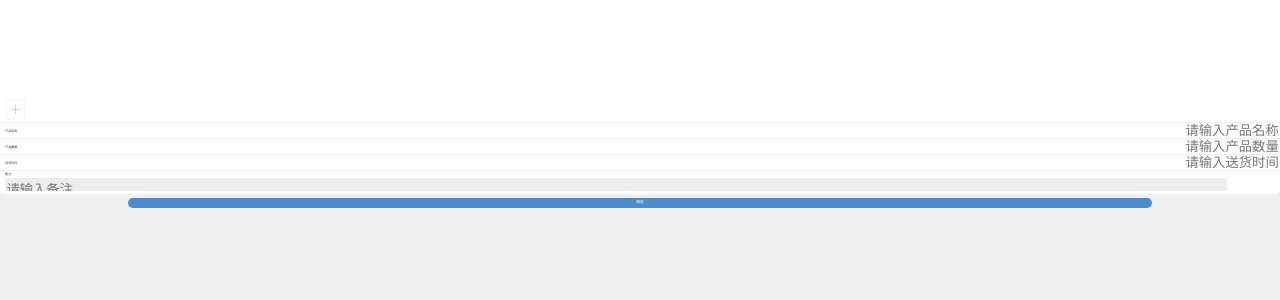
Repository: missing-star/produce
Page: Cbuyer.html
These files come from the project's save history. The page is drawn as it stood at one moment and after the next save; the edit follows.
The browser window is 1280 px wide. The pictures show the whole page.

Above is the page before, as saved 2019-05-20 15:21:49.

After the next save:
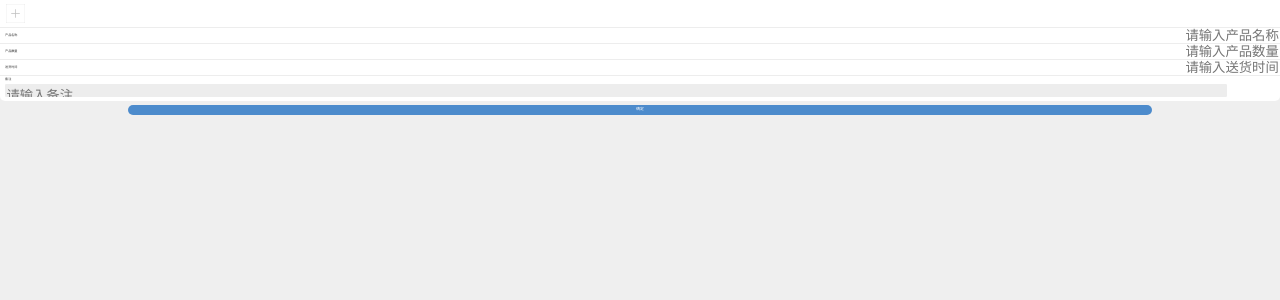
Saved 30 s later.
--- a/Cbuyer.html
+++ b/Cbuyer.html
@@ -6,10 +6,10 @@
     <meta content="width=device-width, initial-scale=1.0, maximum-scale=1.0, user-scalable=0;" name="viewport" />
     <meta http-equiv="X-UA-Compatible" content="ie=edge">
     <title>采购订单</title>
+    <link rel="stylesheet" href="css/Cbuyer.css">
+    <link rel="stylesheet" href="css/base.css">
     <link rel="stylesheet" href="css/weui.min.css">
     <link rel="stylesheet" href="css/jquery-weui.min.css">
-    <link rel="stylesheet" href="css/Cbuyer.css">
-    <link rel="stylesheet" href="css/base.css">
 </head>
 
 <body>

After the save that followed:
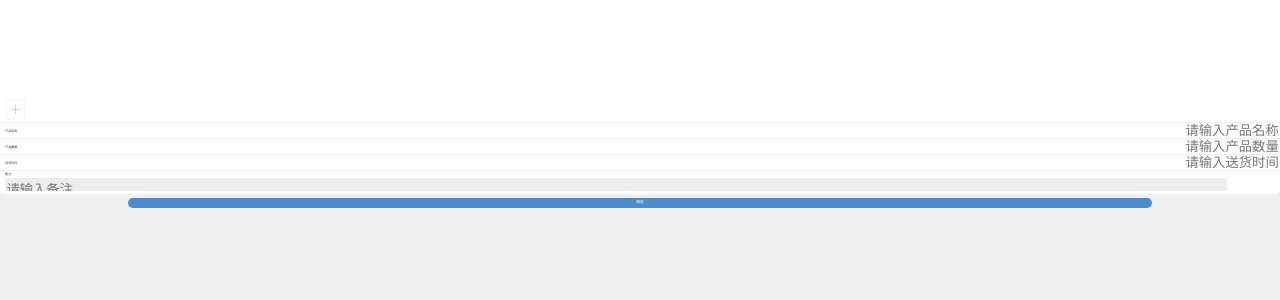
Saved 22 s later.
--- a/Cbuyer.html
+++ b/Cbuyer.html
@@ -6,10 +6,10 @@
     <meta content="width=device-width, initial-scale=1.0, maximum-scale=1.0, user-scalable=0;" name="viewport" />
     <meta http-equiv="X-UA-Compatible" content="ie=edge">
     <title>采购订单</title>
+    <link rel="stylesheet" href="css/weui.min.css">
+    <link rel="stylesheet" href="css/jquery-weui.min.css">
     <link rel="stylesheet" href="css/Cbuyer.css">
     <link rel="stylesheet" href="css/base.css">
-    <link rel="stylesheet" href="css/weui.min.css">
-    <link rel="stylesheet" href="css/jquery-weui.min.css">
 </head>
 
 <body>
